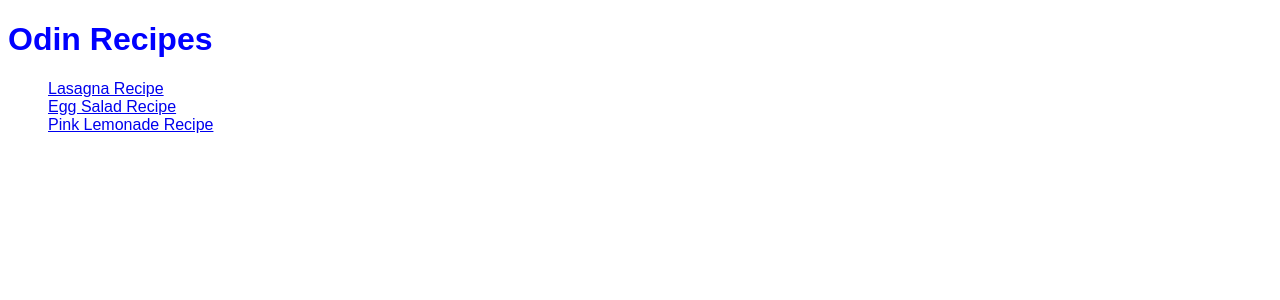
Repository: rsoetydev/odin-recipes
Page: index.html
An editor plug-in stored every save of this project. The page is shown before and after the next save, followed by the edit.
The browser window is 1280 px wide. The pictures show the whole page.

Above is the page before, as saved 2023-11-25 11:56:33.

After the next save:
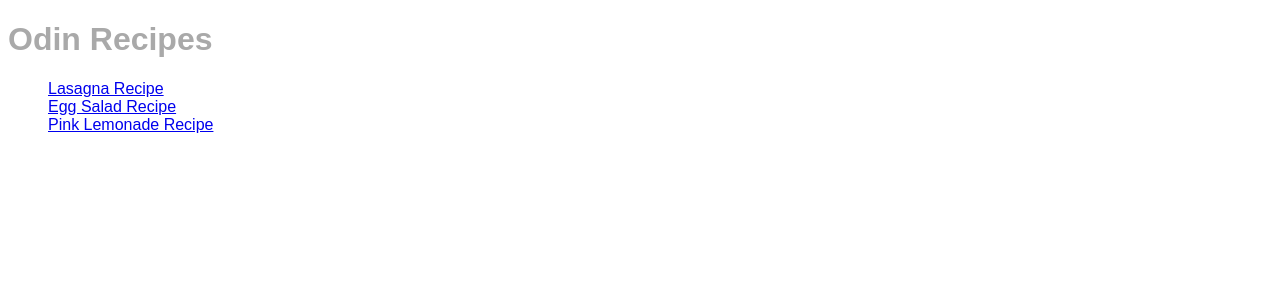
Saved 34 s later.
--- a/style.css
+++ b/style.css
@@ -7,5 +7,5 @@ ul {
 }
 
 h1 {
-    color:blue;
+    color: darkgray;
 }
